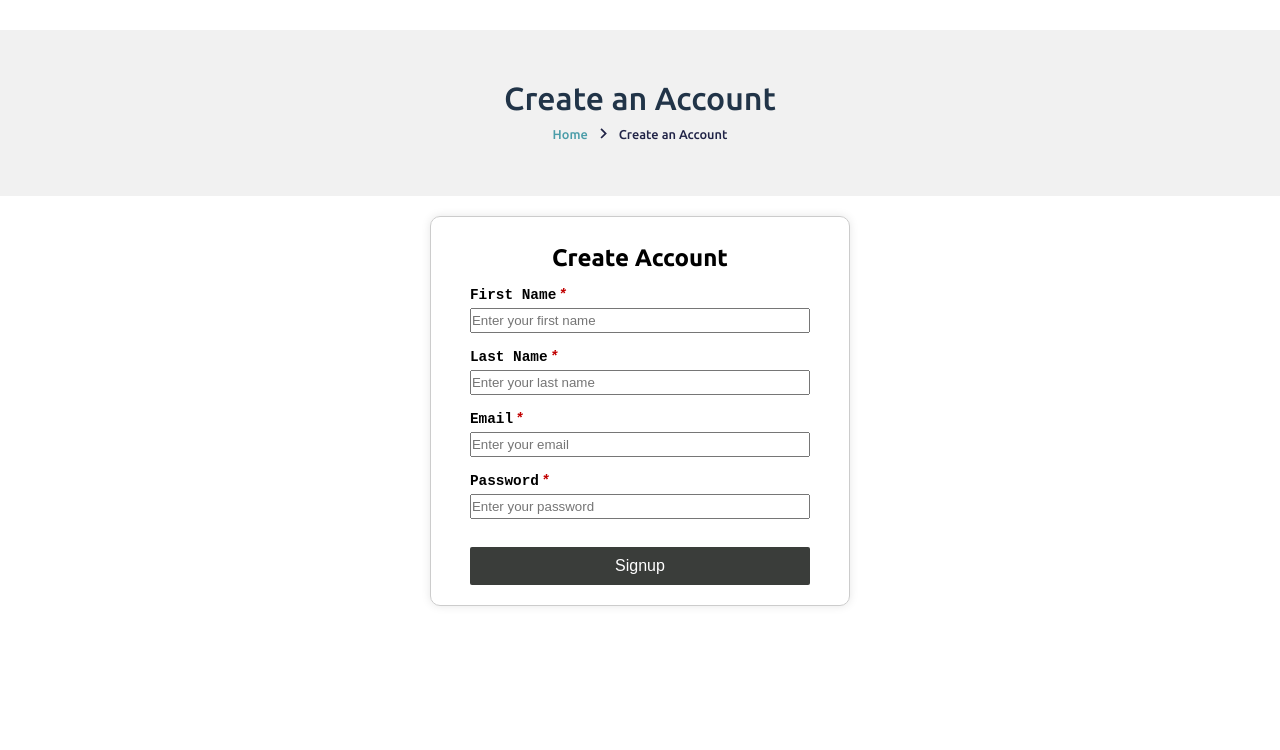
Repository: jkvekariya/Online-store-Management
Page: /auth/signup (app in frontend/client/)
These files come from the project's save history. The page is drawn as it stood at one moment and after the next save; the edit follows.
The browser window is 1280 px wide. The pictures show the whole page.
Some web fonts or font styles are not loaded; a fallback is used. The project was rebuilt for these pictures with package versions that can differ from the ones it lists, and the page was loaded fresh each time. Also part of the build but not shown: frontend/client/vite.config.js, frontend/client/src/css/header.css, frontend/client/src/css/sidebar.css, frontend/client/src/components/Sidebar.jsx, frontend/client/src/context/CartContext.jsx, frontend/client/src/components/Header.jsx, frontend/client/src/css/footer.css, frontend/client/src/components/Footer.jsx and 11 more.

Above is the page before, as saved 2026-01-02 14:49:31.

### frontend/client/index.html
<!doctype html>
<html lang="en">
  <head>
    <meta charset="UTF-8" />
    <link rel="icon" type="image/svg+xml" href="/vite.svg" />
    <meta name="viewport" content="width=device-width, initial-scale=1.0" />
    <title>Online Store Management System</title>
  </head>
  <body>
    <div id="root"></div>
    <script type="module" src="/src/main.jsx"></script>
  </body>
</html>

### frontend/client/src/main.jsx
import React from 'react'
import ReactDOM from 'react-dom/client'
import { BrowserRouter } from 'react-router-dom'
import App from './App.jsx'
import './index.css'

ReactDOM.createRoot(document.getElementById('root')).render(
  <React.StrictMode>
    <BrowserRouter>
      <App />
    </BrowserRouter>
  </React.StrictMode>,
)

### frontend/client/src/App.jsx
import { Routes, Route } from "react-router-dom";

import AuthLayout from "./layout/AuthLayout";
import UserLayout from "./layout/UserLayout";
import AdminLayout from "./layout/AdminLayout";

import Login from "./pages/auth/Login";
import Signup from "./pages/auth/Signup";
import Home from "./pages/user/Home";
import Dashboard from "./pages/admin/Dashboard";
import Contact from "./pages/user/Contact";
import About from "./pages/user/About";
import Services from "./pages/user/Services";
import Shop from "./pages/user/Shop";

function App() {
  return (
    <Routes>

      {/* AUTH ROUTES */}
      <Route path="/auth" element={<AuthLayout />}>
        <Route path="login" element={<Login />} />
        <Route path="signup" element={<Signup />} />
      </Route>

      {/* USER ROUTES */}
      <Route path="/" element={<UserLayout />}>
        <Route index element={<Home />} />
        <Route path="pages/user/contact" element={<Contact />} />
        <Route path="pages/user/about" element={<About />} />
        <Route path="pages/user/services" element={<Services />} />
        <Route path="pages/user/shop" element={<Shop />} />
      </Route>

      {/* ADMIN ROUTES */}
      <Route path="/admin" element={<AdminLayout />}>
        <Route path="dashboard" element={<Dashboard />} />
      </Route>

    </Routes>
  );
}

export default App;

### frontend/client/src/index.css
* {
  margin: 0;
  padding: 0;
  box-sizing: border-box;
}

#root {
  min-height: 100vh;
}

### frontend/client/src/layout/AuthLayout.jsx
import { Outlet } from "react-router-dom";

const AuthLayout = () => {
  return (
    <div>
      {/* <h2>Auth Section</h2> */}
      <Outlet />
    </div>
  );
};

export default AuthLayout;

### frontend/client/src/pages/auth/Signup.jsx
import React, { useState } from 'react'
import "../../css/signup.css"
import Bodyheader from '../../components/BodyHeader';

const Signup = () => {

    const [email,setEMail] = useState("");
    const [password,setPassword] = useState("");
    const [firstname,setFirstName] = useState("");
    const [lastname,setLastName] = useState("");

  return (
    <>
    <Bodyheader title="Create an Account" />
    <div className='main-container'>
      <h2>Create Account</h2>
      <div className='first-name-box'>
            <label htmlFor="text">First Name<em>*</em></label>
            <input type="text"
            id="first-name"
            value={firstname}
            onChange={(e) => setFirstName(e.target.value)}
            placeholder='Enter your first name'
            />
        </div>
        <div className='last-name-box'>
            <label htmlFor="text">Last Name<em>*</em></label>
            <input type="text"
            id="last-name"
            value={lastname}
            onChange={(e) => setLastName(e.target.value)}
            placeholder='Enter your last name'
            />
        </div>
        <div className='email-box'>
            <label htmlFor="email">Email<em>*</em></label>
            <input type="email"
            id="email"
            value={email}
            onChange={(e) => setEMail(e.target.value)}
            placeholder='Enter your email'
            />
        </div>
        <div className='password-box'>
            <label htmlFor="password">Password<em>*</em></label>
            <input type="password"
            id="password"
            value={password}
            onChange={(e) => setPassword(e.target.value)}
            placeholder='Enter your password'
            />
        </div>
      <div className='btn'>
            <button onClick={() => {}}>Signup</button>
      </div>
    </div>
    </>
  )
}

export default Signup

### frontend/client/src/css/login.css
*{
    margin: 0;
    padding: 0;
    box-sizing: border-box;
}

.main-container{
    width: 400px;
    margin: auto;
    border: 1px solid #ccc;
    padding: 20px;
    border-radius: 10px;
    box-shadow: 0 0 10px rgba(0, 0, 0, 0.1);
    margin-top: 50px;
    font-family: Arial, sans-serif;
    display: flex;
    justify-content: center;
    align-items: center;
    flex-direction: column;
}

label{
    font-size: 0.9rem;
    display: block;
    font-family: 'Courier New', Courier, monospace;
    font-weight: 700;
    /* margin-bottom: 5px; */
}

.main-container .email-box,.password-box{
 margin: 0.5rem 0;
}

.main-container .email-box .password-box label em{
    position: relative;
    display: inline-block;
    float: none;
    right: 0;
    margin-left: 2px;
    color: #c10000;
}

input{
    padding: 8px;
    width: 100%;
    margin-top: 5px;
}

.main-container h2{
    text-align: center;
    margin: 7px 0;
}

.main-container .verify-forgetpassword{
    width: 90%;
    display: flex;
    justify-content: space-between;
    align-items: center;
}

.main-container .verify-forgetpassword #checkbox{
    width: auto;
    cursor: pointer;
}
.main-container .verify-forgetpassword a{
    font-size: 0.9rem;
    text-decoration: none;
    color: #3a3d3a;
}

.btn{
    width: 100%;
    text-align: center;
}

button{
    width: 90%;
    border-radius: 2px;
    margin-top: 20px;
    padding: 10px 20px;
    font-size: 16px;
    cursor: pointer;
    background-color: #3a3d3a;
    color: white;
    border: none;
}

### frontend/client/src/components/BodyHeader.jsx
import "../css/bodyheader.css"
import {Link} from 'react-router-dom'
import { MdKeyboardArrowRight } from "react-icons/md";

const Bodyheader = ({title}) => {
  return (
    <>
        <div className="b-header-bg">
            <div className="page-title">
                <h2>{title}</h2>
                <div className="ul-links">
                <ul>
                    <li id="home-link">
                        <Link to='/'>Home</Link>
                    </li>
                       <li><MdKeyboardArrowRight/></li>
                    <li>
                        <Link to=''>{title}</Link>
                    </li>
                </ul>
                </div>
            </div>
        </div>
    </>
  )
}

export default Bodyheader;

### frontend/client/src/css/signup.css
@import url('https://fonts.googleapis.com/css2?family=BBH+Bartle&family=Nunito:ital,wght@0,200..1000;1,200..1000&family=Ubuntu:ital,wght@0,300;0,400;0,500;0,700;1,300;1,400;1,500;1,700&display=swap');

.main-container{
    width: 100%;
    max-width: 420px;
    margin: 20px auto;
    border: 1px solid #ccc;
    padding: 20px;
    border-radius: 10px;
    box-shadow: 0 0 10px rgba(0, 0, 0, 0.1);
    font-family: Arial, sans-serif;
    display: flex;
    justify-content: center;
    align-items: center;
    flex-direction: column;
}

label{
    font-size: 0.9rem;
    display: block;
    font-family: 'Courier New', Courier, monospace;
    font-weight: 700;
    /* margin-bottom: 5px; */
}

.main-container .email-box,.password-box,.first-name-box,.last-name-box{
 margin: 0.5rem 0;
 width: 90%;
}

.email-box label em{
    position: relative;
    display: inline-block;
    float: none;
    right: 0;
    margin-left: 2px;
    color: #c10000;
}
.password-box label em{
    position: relative;
    display: inline-block;
    float: none;
    right: 0;
    margin-left: 2px;
    color: #c10000;
}
.first-name-box label em{
    position: relative;
    display: inline-block;
    float: none;
    right: 0;
    margin-left: 2px;
    color: #c10000;
}
.last-name-box label em{
    position: relative;
    display: inline-block;
    float: none;
    right: 0;
    margin-left: 2px;
    color: #c10000;
}

input{
    /* padding: 8px; */
    width: 100%;
    padding: 3px 0;
    margin-top: 5px;
    box-sizing: border-box;
}

.main-container h2{
    text-align: center;
    font-family: "Ubuntu", sans-serif;
    font-weight: 560;
    font-style: normal;
}

.btn{
    width: 100%;
    text-align: center;
}

button{
    margin-top: 20px;
    padding: 10px 20px;
    font-size: 16px;
    cursor: pointer;
    background-color: #3a3d3a;
    color: white;
    border: none;
}

### frontend/client/src/css/bodyheader.css
@import url('https://fonts.googleapis.com/css2?family=BBH+Bartle&family=Nunito:ital,wght@0,200..1000;1,200..1000&family=Ubuntu:ital,wght@0,300;0,400;0,500;0,700;1,300;1,400;1,500;1,700&display=swap');

* {
    padding: 0;
    margin: 0;
    box-sizing: border-box;
  }

:root {
    --background-color: #e6e6e68e;
    --header-text-color: #213448;
    --home-link-color: #4B9DA9;
    --title-color: #212447;
    --title-hover-color: #547792;
}

  .b-header-bg {
    margin-top: 30px;
    height: 23vh;
    width: 100vw;
    /* background-color: aqua; */
    background: var(--background-color);
    /* background-blend-mode: darken; */
    /* background-size: cover; */
    /* background-repeat: no-repeat; */
    /* background-position: center; */
    /* background-position-y: 56%; */
    display: flex;
    justify-content: center;
    align-items: center;
  }

  .b-header-bg .page-title {
    height: 10rem;
    width: 20rem;
    display: grid;
    place-items: center;
    align-content: center;
  }

  .b-header-bg .page-title h2 {
    font-size: 2rem;
    margin-bottom: 5px;
    color: var(--header-text-color);
    font-family: "Ubuntu", sans-serif;
    font-weight: 500;
    font-style: normal;
    position: relative;
    z-index: 100;
  }

   .b-header-bg .page-title .ul-links ul{
    /* height: 4rem; */
    width: 10rem;
    display: flex;
    justify-content: center;
    align-items: center;
    gap:0;
  }

  .b-header-bg .page-title .ul-links ul #home-link a {
    color: var(--home-link-color);
  }


  .b-header-bg .page-title .ul-links ul li{
    /* height: 2rem; */
    display: flex;
    justify-content: center;
    align-items: center;
  }

  .b-header-bg .page-title .ul-links ul li svg{
      font-size: 1.3rem;
      color: var(--title-color);
  }

  .b-header-bg .page-title .ul-links ul li a{
    width: max-content;
    text-decoration: none;
    padding: 5px;
    color: var(--title-color);
    font-family: "Ubuntu", sans-serif;
    font-weight: 450;
    font-style: normal;
    font-size: 0.8rem;
    font-style: normal;
  }

  .b-header-bg .page-title .ul-links ul li a:hover{
      color: var(--title-hover-color);
  }

Loaded but not shown: frontend/client/src/css/header.css (no copy from this time; the picture is the same without it)

After the next save:
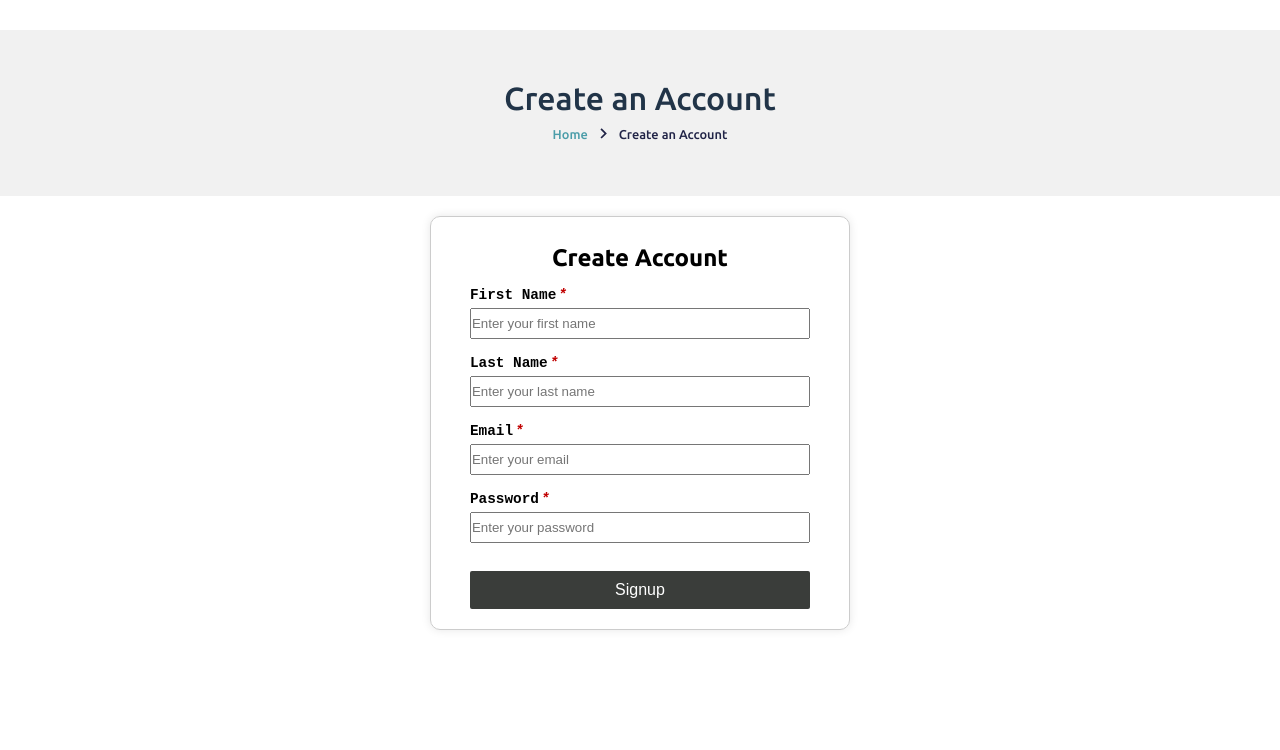
Saved 9 s later.
--- a/frontend/client/src/css/signup.css
+++ b/frontend/client/src/css/signup.css
@@ -64,7 +64,7 @@ label{
 input{
     /* padding: 8px; */
     width: 100%;
-    padding: 3px 0;
+    padding: 6px 0;
     margin-top: 5px;
     box-sizing: border-box;
 }
